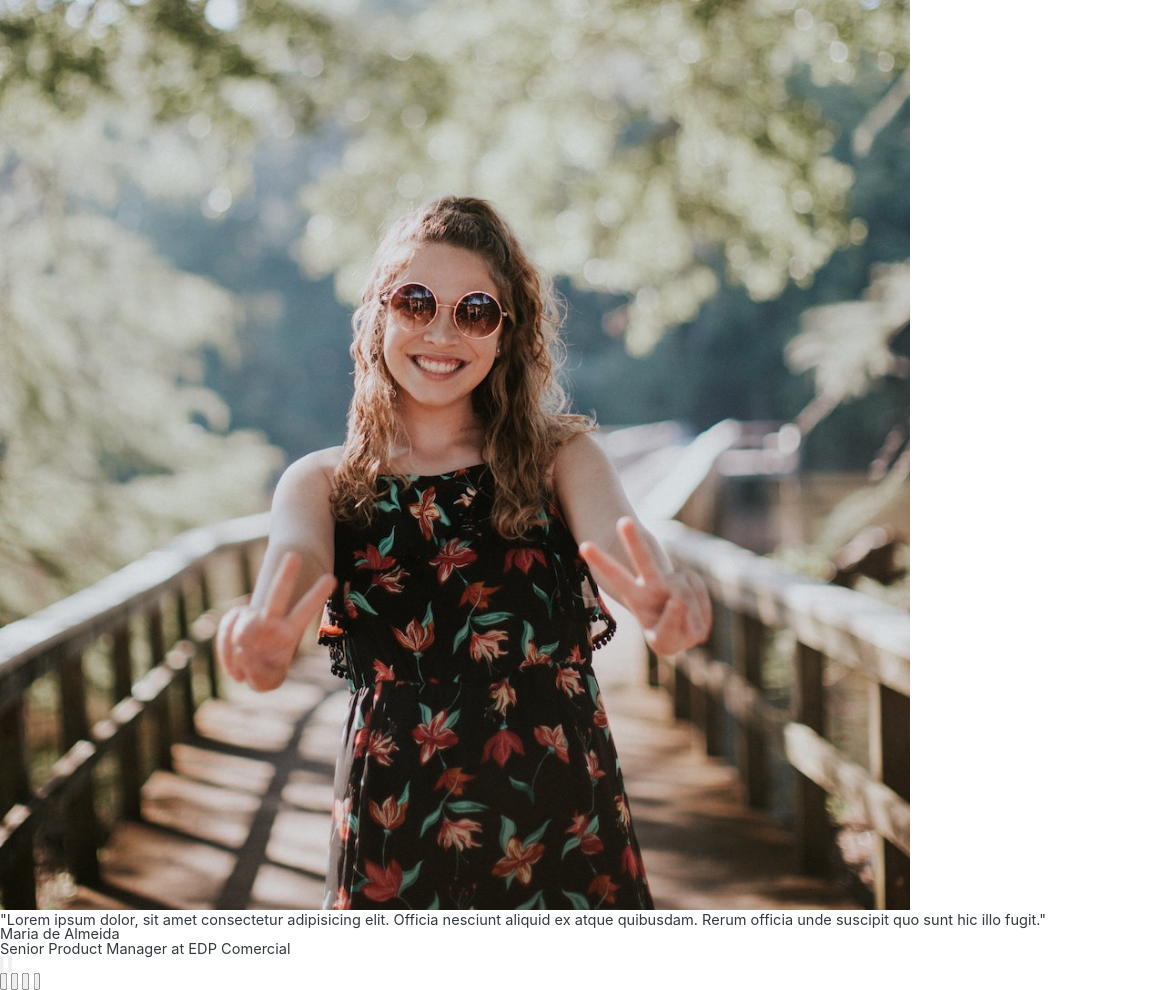
Repository: nghiakma/HTML-CSS-Fundamental
Page: Component_LayoutPatterns/carousel.html
The author's editor kept a copy of each file at every save. The page is drawn from the files as they stood at one save, then again after the next save.
The browser window is 1280 px wide. The pictures show the whole page, at 91% of full size.

Above is the page before, as saved 2023-08-26 11:35:32.

### Component_LayoutPatterns/carousel.html
<!DOCTYPE html>
<html lang="en">

<head>
  <meta charset="UTF-8">
  <meta name="viewport" content="width=device-width, initial-scale=1.0">
  <title>Carousel Component</title>
  <style>
    * {
      margin: 0;
      padding: 0;
      box-sizing: border-box;
    }

    body {
      font-family: "Inter", sans-serif;
      color: #343a40;
      line-height: 1;
    }
  </style>
</head>

<body>
  <div class="carousel">
    <img src="maria.jpg" alt="maria">
    <blockquote class="testimonial">
      <p class="testimonial-text">
        "Lorem ipsum dolor, sit amet consectetur adipisicing elit. Officia
        nesciunt aliquid ex atque quibusdam. Rerum officia unde suscipit quo
        sunt hic illo fugit."
      </p>
      <p class="testimonial-author">Maria de Almeida</p>
      <p class="testimonial-job">Senior Product Manager at EDP Comercial</p>
    </blockquote>

    <button class="btn btn--left">
      <svg xmlns="http://www.w3.org/2000/svg" class="btn-icon" fill="none" viewBox="0 0 24 24" stroke="currentColor">
        <path stroke-linecap="round" stroke-linejoin="round" stroke-width="2" d="M15 19l-7-7 7-7" />
      </svg>
    </button>
    <button class="btn btn--right">
      <svg xmlns="http://www.w3.org/2000/svg" class="btn-icon" fill="none" viewBox="0 0 24 24" stroke="currentColor">
        <path stroke-linecap="round" stroke-linejoin="round" stroke-width="2" d="M9 5l7 7-7 7" />
      </svg>
    </button>
    <div class="dots">
      <button class="dot dot--fill">&nbsp;</button>
      <button class="dot">&nbsp;</button>
      <button class="dot">&nbsp;</button>
      <button class="dot">&nbsp;</button>
    </div>
  </div>
</body>

</html>

After the next save:
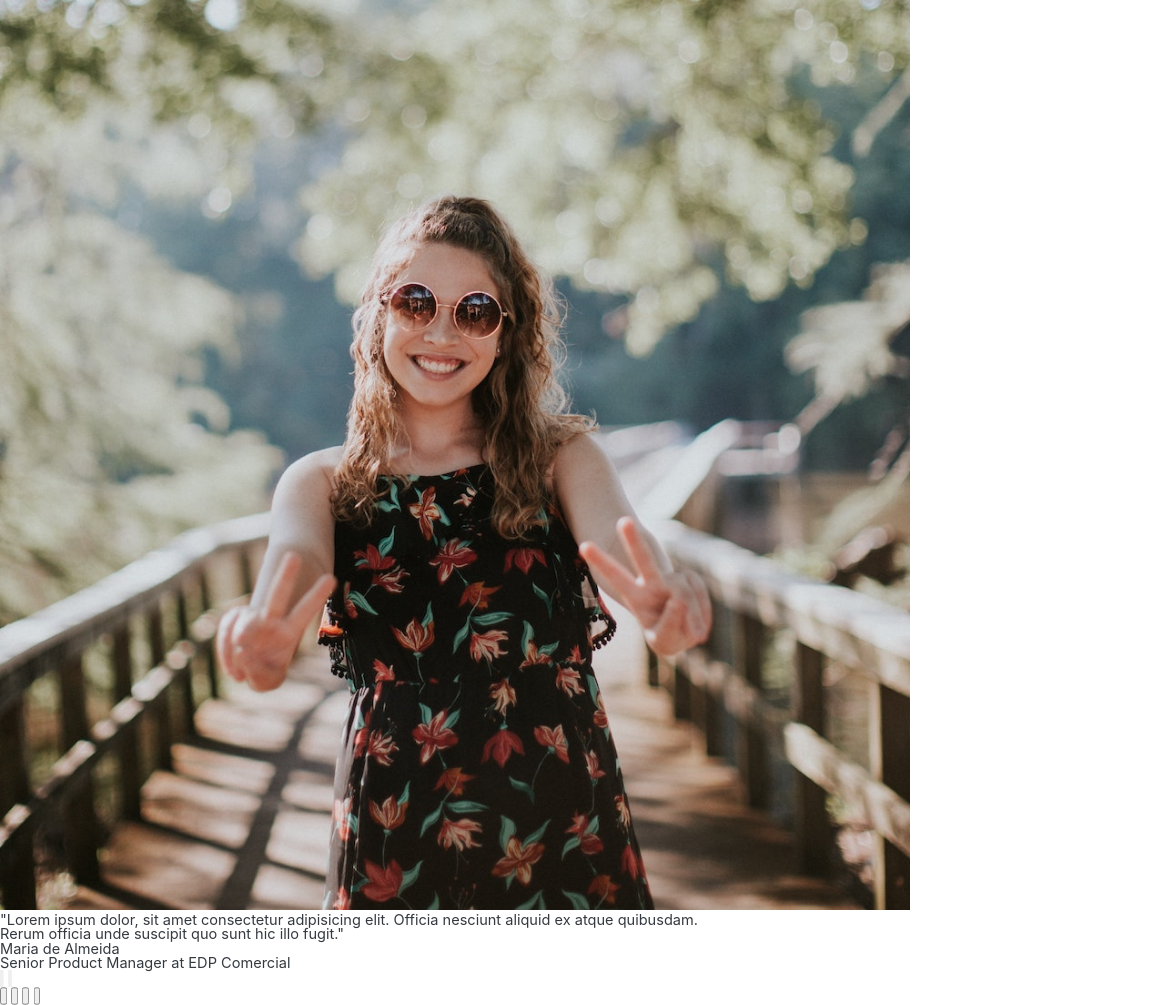
Saved 28 s later.
--- a/Component_LayoutPatterns/carousel.html
+++ b/Component_LayoutPatterns/carousel.html
@@ -16,6 +16,10 @@
       font-family: "Inter", sans-serif;
       color: #343a40;
       line-height: 1;
+    }
+
+    .carousel {
+      width: 800px;
     }
   </style>
 </head>
